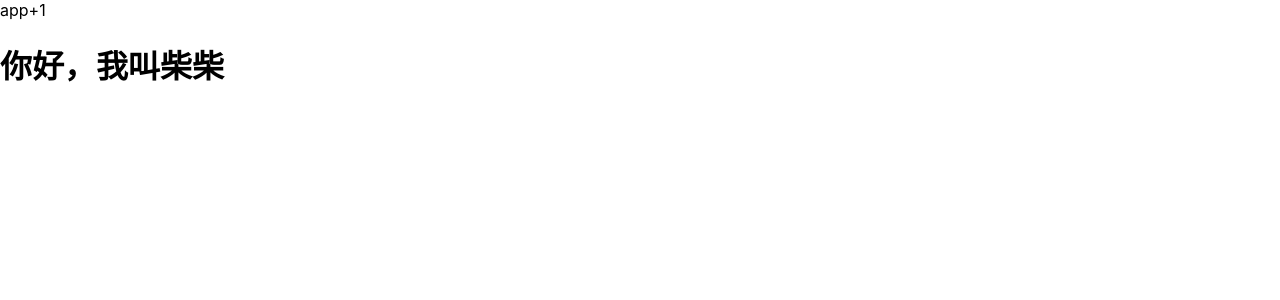
Repository: 11111111-T/React
Page: /
These files come from the project's save history. The page is drawn as it stood at one moment and after the next save; the edit follows.
The browser window is 1280 px wide. The pictures show the whole page.
The project was rebuilt for these pictures with package versions that can differ from the ones it lists, and the page was loaded fresh each time.

Above is the page before, as saved 2022-09-20 14:39:46.

### src/index.js
// React:框架的核心包
// ReactDOM:专门做渲染相关的包

import React from "react";
import ReactDOM from "react-dom/client";
// 应用的全局样式文件
import "./index.css";
// 引入根组件
import App from "./App";
// import reportWebVitals from './auxiliary/reportWebVitals';

// 渲染根组件APP 到一个id为root的dom节点上
const root = ReactDOM.createRoot(document.getElementById("root"));
root.render(
  //这里的严格模式节点需要去掉
  // 影响到useEffect的执行时机
  // <React.StrictMode>
  //  </React.StrictMode>,
  <App />
);

// reportWebVitals();

### src/App.js
// import logo from './auxiliary/logo.svg';
// import './auxiliary/App.css';
const name = '柴柴'

function App() {
  return (
    <div className="App">
      app+1
      <h1>你好，我叫{name}</h1>
      {/* <header className="App-header">
        <img src={logo} className="App-logo" alt="logo" />
        <p>
          Edit <code>src/App.js</code> and save to reload.
        </p>
        <a
          className="App-link"
          href="https://reactjs.org"
          target="_blank"
          rel="noopener noreferrer"
        >
          Learn React
        </a>
      </header> */}
    </div>
  );
}

export default App;

Loaded but not shown: public/index.html (common file); src/index.css (common file)

After the next save:
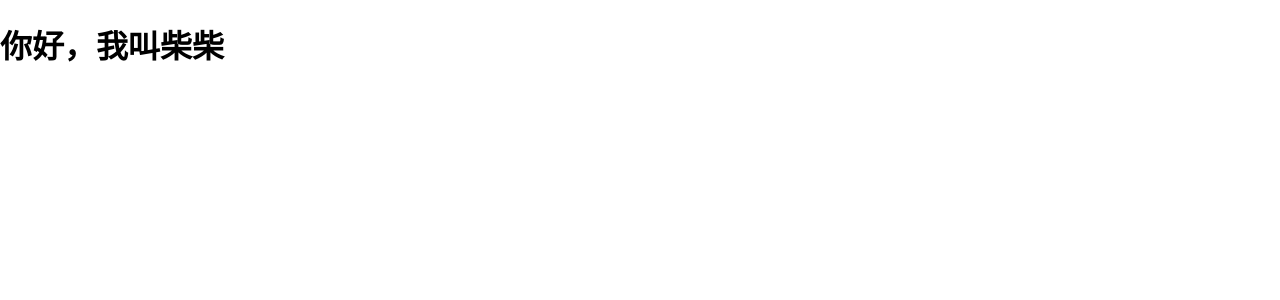
Saved 5 s later.
--- a/src/App.js
+++ b/src/App.js
@@ -5,7 +5,6 @@ const name = '柴柴'
 function App() {
   return (
     <div className="App">
-      app+1
       <h1>你好，我叫{name}</h1>
       {/* <header className="App-header">
         <img src={logo} className="App-logo" alt="logo" />
